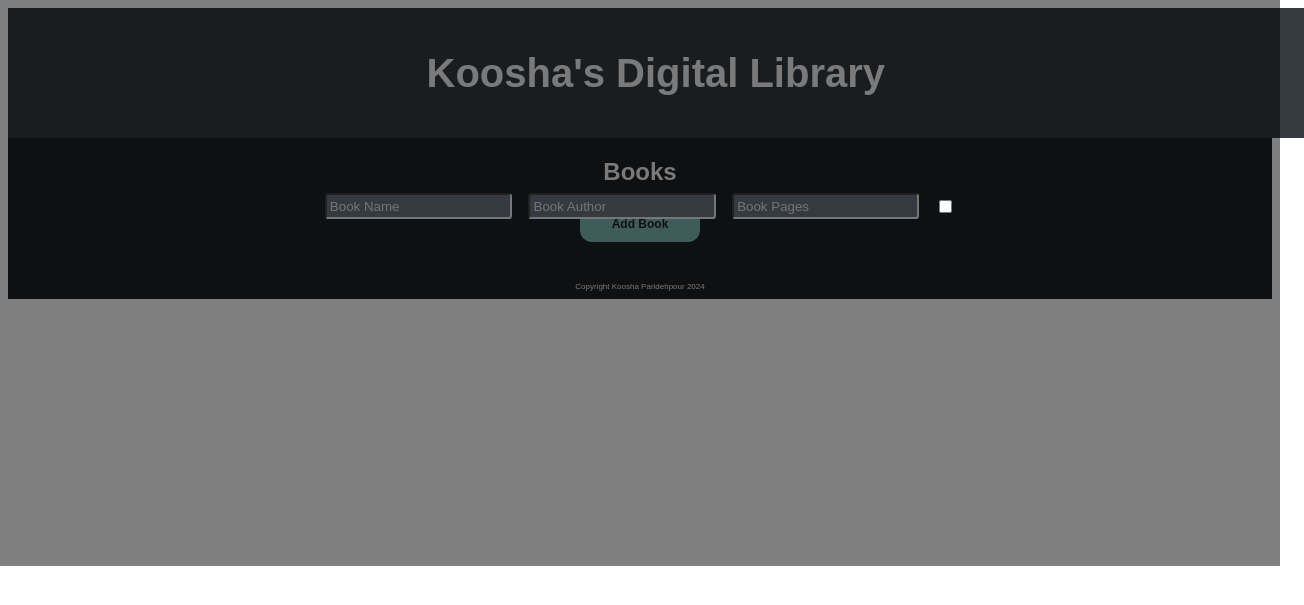
Repository: KooshaPari/odin-TTT
Page: index.html
The author's editor kept a copy of each file at every save. The page is drawn from the files as they stood at one save, then again after the next save.
The browser window is 1280 px wide. The page is 1304 px wide, so the pictures cover 1304 px, including what lies to the right of the window. The pictures show the whole page.

Above is the page before, as saved 2024-03-14 21:37:12.
Console error: TypeError: Document.querySelector is not a function

### index.html
<!doctype html>
<html lang="en">
  <head>
    <meta charset="UTF-8" />
    <script src="./lib.js"></script>
    <link rel="stylesheet" href="./style.css" />
    <meta name="viewport" content="width=device-width, initial-scale=1.0" />
    <title>Document</title>
  </head>
  <body>
    <div id="parent">
      <div id="header">
        <h1>Koosha's Digital Library</h1>
      </div>
      <div id="body">
        <div class="isVisible" id="bookForm">
          <form id="bookAdd">
            <input type="text" class="inpForm" id="bookName" placeholder="Book Name" />
            <input type="text" class="inpForm" id="bookAuthor" placeholder="Book Author" />
            <input type="text" class="inpForm" id="bookPages" placeholder="Book Pages" />
            <input type="checkbox" class="inpForm" id="bookRead" placeholder="Book Read" />
          </form>
        </div>
        <h2 id="title">Books</h2>
        <button id="add-book">Add Book</button>
        <ol id="book-list"></ol>
      </div>
      <div id="footer">
        <p>Copyright Koosha Paridehpour 2024</p>
      </div>
    </div>
  </body>
</html>

### lib.js
const myLibrary = []
function Book(title, author, pages, read) {
  this.title = title
  this.author = author
  this.pages = pages
  this.read = read
}

function addBookToLibrary(book) {
  myLibrary.push(book)
}
const page = Document.querySelector('#body')
const bookList = Document.querySelector('#book-list')
const bookForm = Document.querySelector('#bookForm')
/* CREATE PREMADE CARD GENERIC THAT IS CLONE & MODIFIED WITH GIVEN INFORMATION */
function render() {
  for (let book of myLibrary) {
    bookList.appendChild(createBookCard(book))
  }
}
const addBook = document.querySelector('#add-book')
addBook.addEventListener('click', () => bookAddHandler())

function bookAddHandler() {
  bookForm.classList.toggle('isVisible')
}

### style.css
* {
  font-family: sans-serif;
}
#parent {
  background-color: #1f2022;
  width: 100%;
  height: 100%;
}
#header {
  background-color: #353a40;
  padding: 1.25%;
  width: 100%;
  height: 100%;
}
#header h1 {
  color: #f6f5f5;

  font-size: 2.5em;
}
#footer p {
  color: #f6f5f5;
  font-size: 0.5em;
}

#header,
#footer,
#body {
  display: flex;
  align-items: center;
  justify-content: center;
}
#title {
  color: #f6f5f5;
}
#body {
  flex-direction: column;
}
#add-book {
  color: #1f2022;
  background-color: #7ebab5;
  border-radius: 1em;
  border: none;
  padding: 0.5em;
  height: 3em;
  width: 10em;
  font-size: 12px;
  font-weight: bold;
  -webkit-border-radius: 1em;
  -moz-border-radius: 1em;
  -ms-border-radius: 1em;
  -o-border-radius: 1em;
}
#bookForm {
  position: absolute;
  width: 100%;
  height: 100%;
  background-color: rgba(0, 0, 0, 0.5);
  align-items: center;
  justify-content: center;
  display: flex;
}
#bookAdd {
  align-items: center;
  justify-content: center;
  display: flex;
  gap: 1em;
}
.isVisible {
  visibility: visible;
}
#add-book:hover {
  background-color: #5e8d87;
}
#add-book:active {
  background-color: #3e6d67;
}
.inpForm {
  flex: 1;

  background-color: #353a40;
  padding: 0.25em;
  border-radius: 0.25em;
  -webkit-border-radius: 0.25em;
  -moz-border-radius: 0.25em;
  -ms-border-radius: 0.25em;
  -o-border-radius: 0.25em;
}

After the next save:
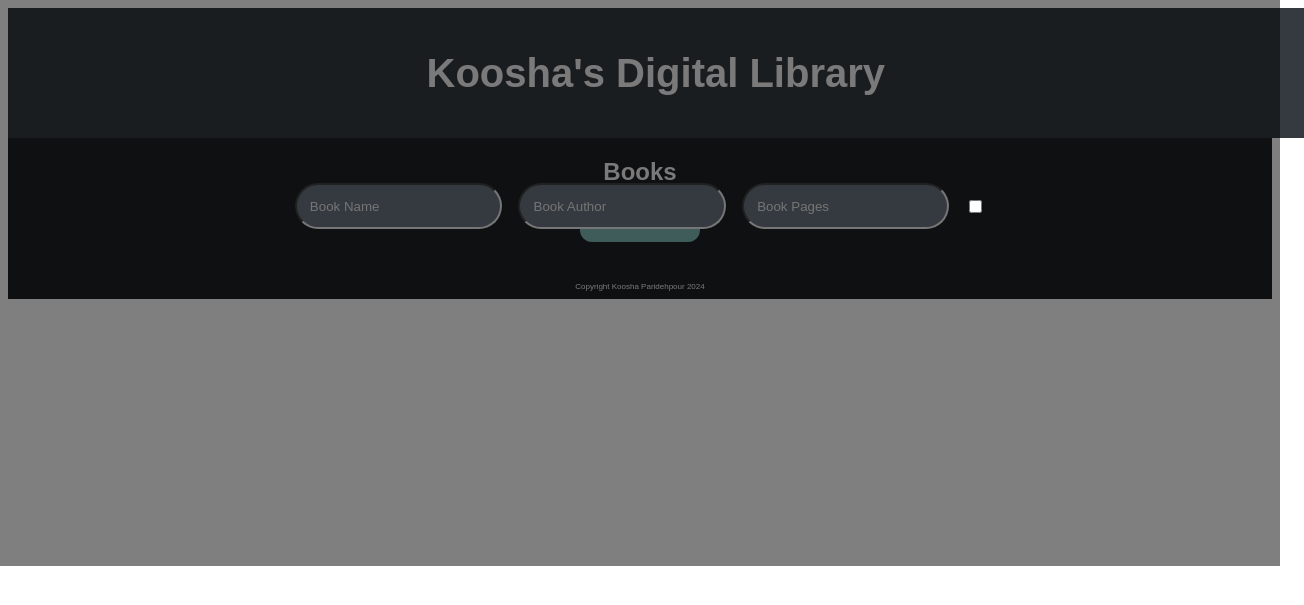
Saved 28 s later.
--- a/style.css
+++ b/style.css
@@ -76,12 +76,11 @@
 }
 .inpForm {
   flex: 1;
-
   background-color: #353a40;
-  padding: 0.25em;
-  border-radius: 0.25em;
-  -webkit-border-radius: 0.25em;
-  -moz-border-radius: 0.25em;
-  -ms-border-radius: 0.25em;
-  -o-border-radius: 0.25em;
+  padding: 1em;
+  border-radius: 2em;
+  -webkit-border-radius:;
+  -moz-border-radius:;
+  -ms-border-radius:;
+  -o-border-radius:;
 }
